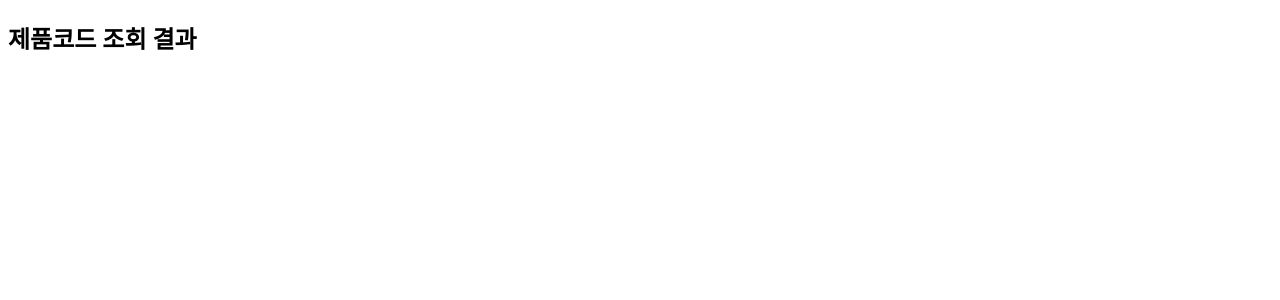
Repository: dlrjsgh367/SW-L5-20V1
Page: http://localhost/SW-L5-20V1/task2_check_result.jsp
These files come from the project's save history. The page is drawn as it stood at one moment and after the next save; the edit follows.
The browser window is 1280 px wide. The pictures show the whole page.
The page is served by Tomcat 9.

Above is the page before, as saved 2025-01-12 08:32:22.

After the next save:
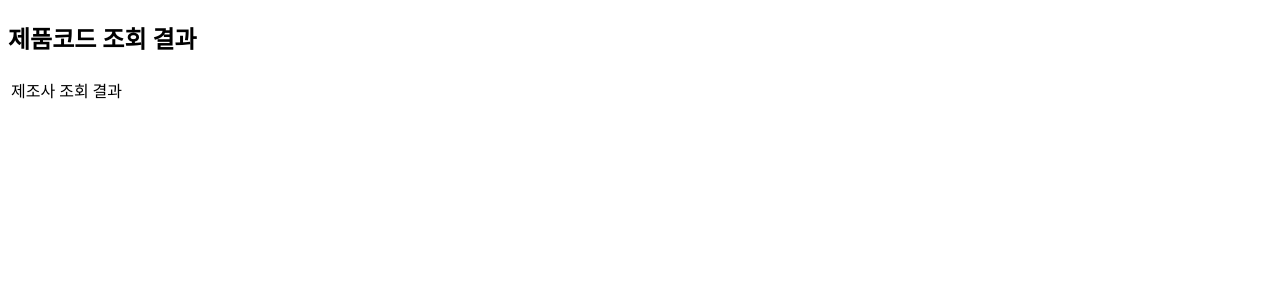
Saved 6 s later.
--- a/SW-L5-20V1/WebContent/task2_check_result.jsp
+++ b/SW-L5-20V1/WebContent/task2_check_result.jsp
@@ -10,7 +10,7 @@
     <h2 class="ta-c">제품코드 조회 결과 </h2>
     <table>
       <tr>
-        <td colspan="2">
+        <td colspan="2">제조사 조회 결과</td>
       </tr>
     </table>
   </div>
